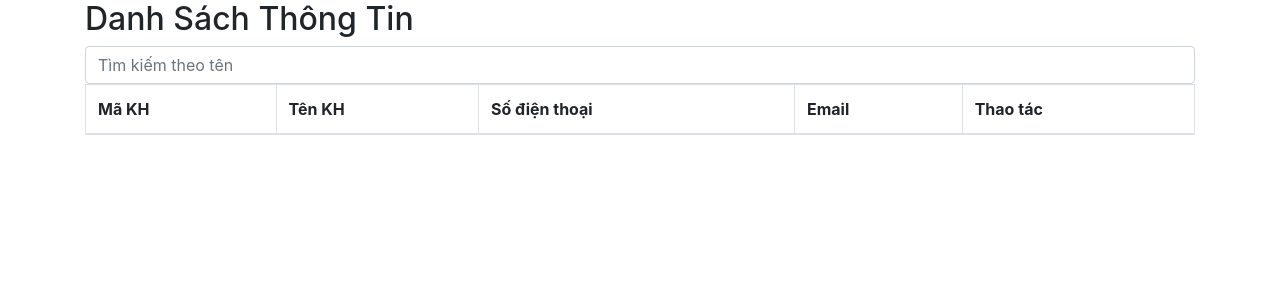
Repository: nvl207/Batch13bd_tma
Page: http://localhost/check-inf/views/web/list_guest.jsp
An editor plug-in stored every save of this project. The page is shown before and after the next save, followed by the edit.
The browser window is 1280 px wide. The pictures show the whole page.
The page is served by Tomcat 9. Nobody is signed in. The application's start-up code is not run. Other server files are loaded and not shown.

Above is the page before, as saved 2023-07-26 08:21:08.

### Project_Intern_tma-main/check-inf/src/main/webapp/views/web/list_guest.jsp
<%@ page language="java" contentType="text/html; charset=UTF-8"
	pageEncoding="UTF-8"%>
<!DOCTYPE html>
<html>
<head>
  <meta name="viewport" content="width=device-width, initial-scale=1, shrink-to-fit=no">
  <link rel="stylesheet" href="https://maxcdn.bootstrapcdn.com/bootstrap/4.5.2/css/bootstrap.min.css">
  <script src="https://ajax.googleapis.com/ajax/libs/jquery/3.5.1/jquery.min.js"></script>
  <script src="https://maxcdn.bootstrapcdn.com/bootstrap/4.5.2/js/bootstrap.min.js"></script>
</head>
<body>
  <div class="container">
    <h2>Danh Sách Thông Tin</h2>
    <input type="text" class="form-control" id="searchInput" placeholder="Tìm kiếm theo tên" onkeyup="searchData()">
    <table class="table table-bordered">
      <thead>
        <tr>
        	<th>Mã KH</th>
          <th>Tên KH</th>
          <th>Số điện thoại</th>
          <th>Email</th>
          <th>Thao tác</th>
        </tr>
      </thead>
      <tbody id="dataBody">
      </tbody>
    </table>
  </div>

  <script>
    // Hàm lấy query parameters từ URL
    function getQueryParams() {
      var search = window.location.search.substring(1);
      var params = search.split("&");
      var queryParams = {};
      for (var i = 0; i < params.length; i++) {
        var param = params[i].split("=");
        var key = decodeURIComponent(param[0]);
        var value = decodeURIComponent(param[1]);
        queryParams[key] = value;
      }
      return queryParams;
    }

    // Lấy query parameters từ URL và hiển thị dữ liệu
    var queryParams = getQueryParams();
    if (queryParams.name && queryParams.phone && queryParams.email) {
      var name = queryParams.name;
      var phone = queryParams.phone;
      var email = queryParams.email;

      var data = [{ name: name, phone: phone, email: email }];
      showData(data);
    }

    function showData(data) {
      var tableBody = document.getElementById("dataBody");
      tableBody.innerHTML = "";

      for (var i = 0; i < data.length; i++) {
        var row = tableBody.insertRow();
        row.insertCell().textContent = data[i].name;
        row.insertCell().textContent = data[i].phone;
        row.insertCell().textContent = data[i].email;
        row.insertCell().innerHTML = '<button type="button" class="btn btn-sm btn-primary" onclick="editData(' + i + ')">Sửa</button> ' +
                                     '<button type="button" class="btn btn-sm btn-danger" onclick="deleteData(' + i + ')">Xoá</button>';
      }
    }

    function searchData() {
      // ...
    }

    function editData(index) {
      // ...
    }

    function deleteData(index) {
      // ...
    }
  </script>
</body>
</html>

After the next save:
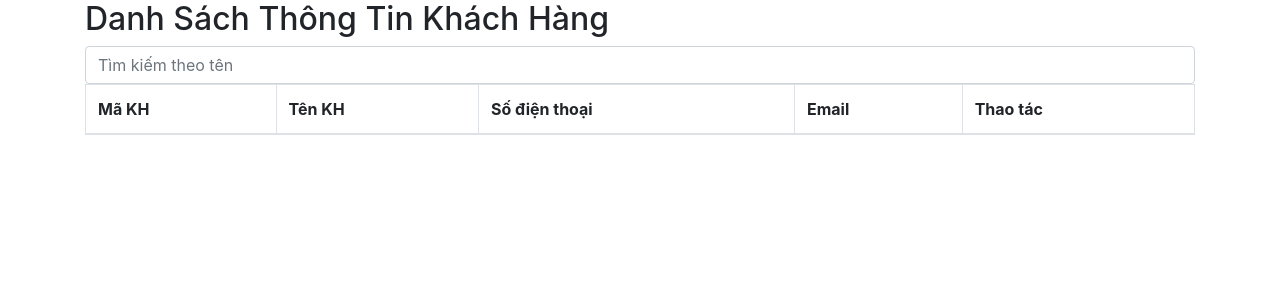
Saved 117 s later.
--- a/Project_Intern_tma-main/check-inf/src/main/webapp/views/web/list_guest.jsp
+++ b/Project_Intern_tma-main/check-inf/src/main/webapp/views/web/list_guest.jsp
@@ -10,7 +10,7 @@
 </head>
 <body>
   <div class="container">
-    <h2>Danh Sách Thông Tin</h2>
+    <h2>Danh Sách Thông Tin Khách Hàng</h2>
     <input type="text" class="form-control" id="searchInput" placeholder="Tìm kiếm theo tên" onkeyup="searchData()">
     <table class="table table-bordered">
       <thead>
